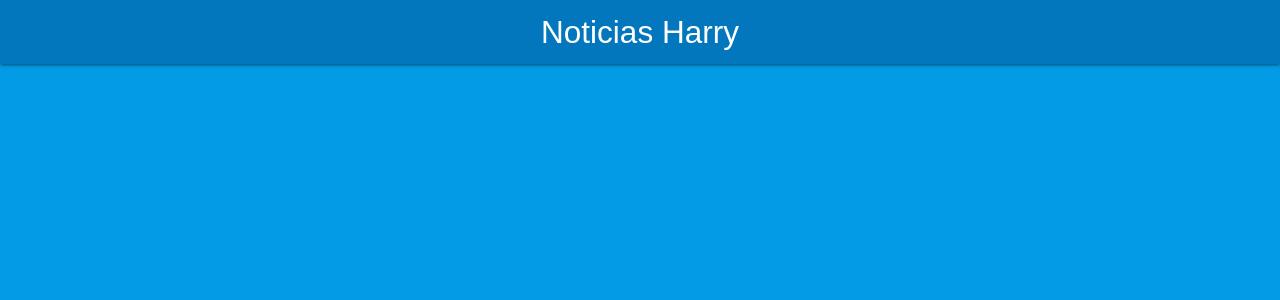
Repository: harrycampaz/news-react
Page: /
An editor plug-in stored every save of this project. The page is shown before and after the next save, followed by the edit.
The browser window is 1280 px wide. The pictures show the whole page.
The page's requests for data from a server got no answer. The project was rebuilt for these pictures with package versions that can differ from the ones it lists, and the page was loaded fresh each time. No one was signed in, and anything a server would have sent is missing.

Above is the page before, as saved 2020-01-17 12:27:37.

After the next save:
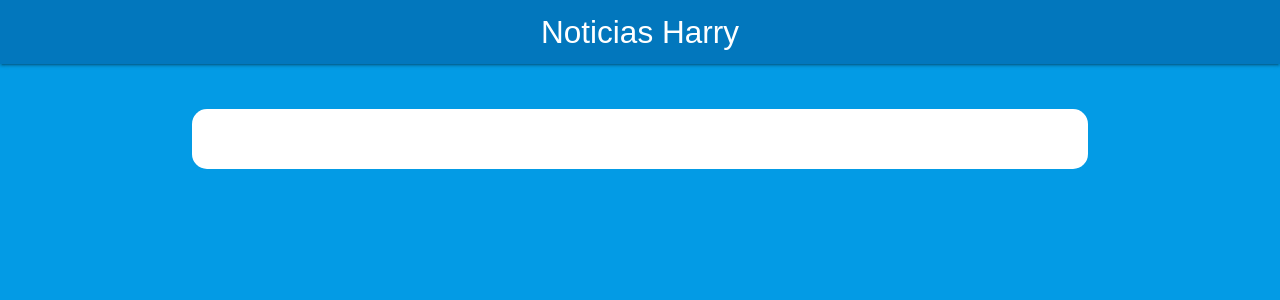
Saved 17 s later.
--- a/src/App.js
+++ b/src/App.js
@@ -30,7 +30,7 @@ class App extends Component {
 
       <Fragment>
       <Header titulo= "Noticias Harry"/>
-      <div className ="container white news-container">
+      <div className ="container white contenedor-noticias">
 
       </div>
       </Fragment>
